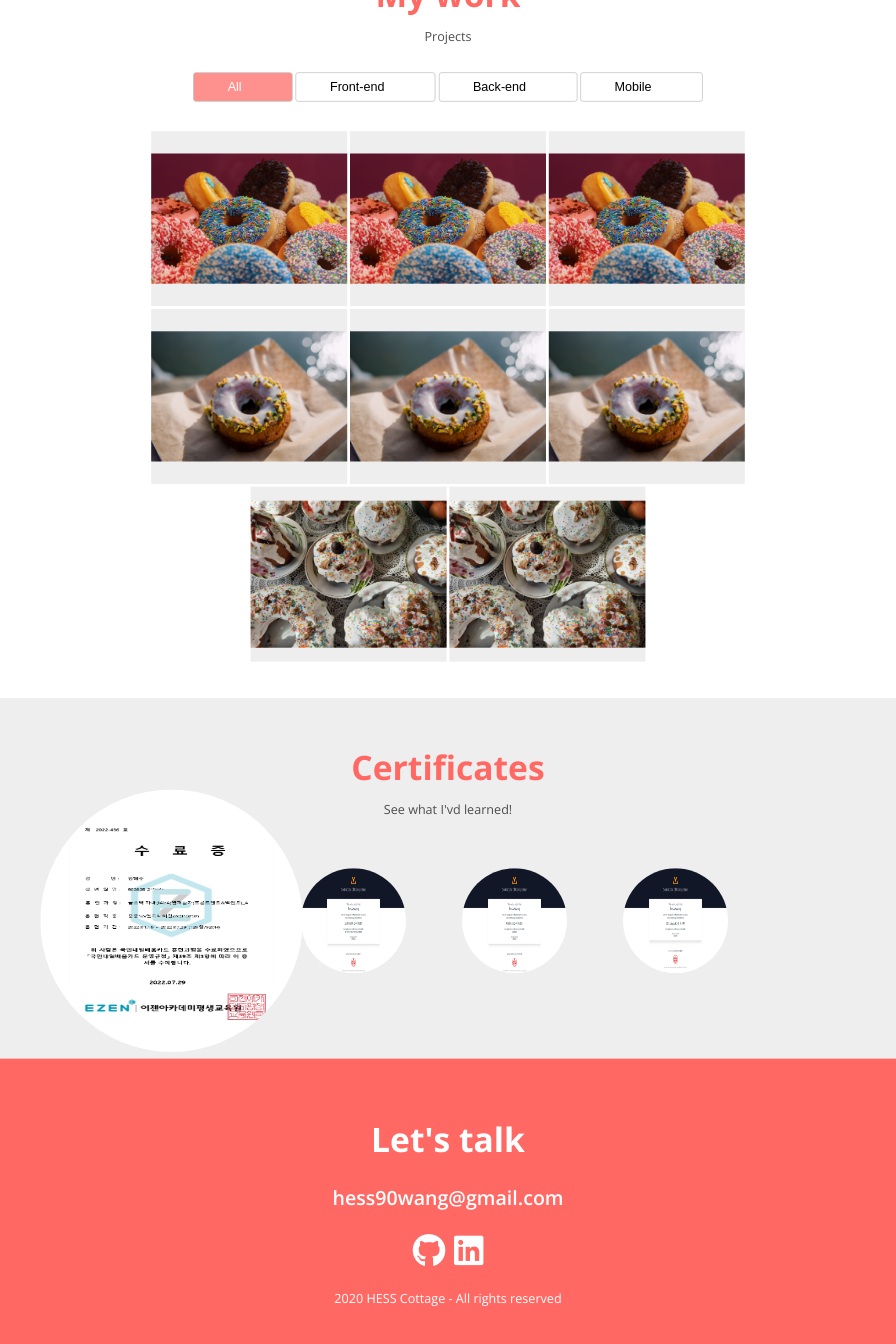
Repository: hesshess/Portfolio
Page: index.html
These files come from the project's save history. The page is drawn as it stood at one moment and after the next save; the edit follows.
The browser window is 1280 px wide. The pictures show the part of the page from y = 2416 to 4336 px (the page is 4336 px tall), at 70% of full size.
The pointer rests on the first visible `.testimonial`.
Some web libraries are served in a nearby version.

Above is the page before, as saved 2022-10-18 13:04:41.

### index.html
<!DOCTYPE html>
<html lang="en">
  <head>
    <meta charset="UTF-8" />
    <meta name="viewport" content="width=device-width, initial-scale=1.0" />
    <title>Hess's Portfolio</title>
    <meta
      name="description"
      content="Portfolio for world-renowed software engineer Hess"
    />
    <meta name="author" content="Hess" />
    <link rel="icon" type="image/png" href="imgs/favicon.png" />
    <script
      src="https://kit.fontawesome.com/1af2041847.js"
      crossorigin="anonymous"
    ></script>
    <link
      href="https://fonts.googleapis.com/css2?family=Amatic+SC:wght@400;700&family=Open+Sans:wght@400;600;700&display=swap"
      rel="stylesheet"
    />
    <link rel="stylesheet" href="style.css" />
    <script src="main.js" defer></script>
  </head>
  <body>
    <!-- Navbar -->
    <nav id="navbar">
      <div class="navbar__logo">
        <i class="fas fa-home"></i>
        <a href="#">Hess</a>
      </div>
      <div class="navbar__menu">
        <ul class="navbar__menu">
          <li class="navbar__menu__item active" data-link="#home">Home</li>
          <li class="navbar__menu__item" data-link="#about">About</li>
          <li class="navbar__menu__item" data-link="#skills">Skills</li>
          <li class="navbar__menu__item" data-link="#work">My Work</li>
          <li class="navbar__menu__item" data-link="#testimonials">
            Testimonial
          </li>
          <li class="navbar__menu__item" data-link="#contact">Contact</li>
        </ul>
      </div>
      <!-- Toggle button -->
      <button class="navbar__toggle-btn">
        <i class="fas fa-bars"></i>
      </button>
    </nav>
    <!-- Home -->
    <section id="home">
      <div class="home__container">
        <img
          src="imgs/profile.JPG"
          alt="Hess's profile Photo"
          class="home__avatar"
        />

        <h1 class="home__title">Hello, <br />I'm Hess</h1>
        <h2 class="home__description">
          A Softerware Engineer currently residing in Newry, Northern Ireland.
        </h2>
        <button class="home__contact" data-link="#contact">Contact Me</button>
      </div>
    </section>

    <!-- About -->

    <section id="about" class="section section__container">
      <h1>About me</h1>
      <p>Enthusiasic Fast Learner who's also interested in Back-end</p>
      <div class="about__majors">
        <div class="major">
          <div class="major__icon">
            <i class="fab fa-html5"></i>
          </div>
          <h2 class="major__title">Front-end</h2>
          <div class="major__description">
            HTML, CSS, JavaScript, TypeScript,<br />React,Vue, Web APIs
          </div>
        </div>
        <div class="major">
          <div class="major__icon">
            <i class="fas fa-mobile-alt"></i>
          </div>
          <h2 class="major__title">Mobile</h2>
          <div class="major__description">
            Android, iOS, React Native, Flutter,<br />Java, Swift, Kotlin
          </div>
        </div>
        <div class="major">
          <div class="major__icon">
            <i class="fas fa-server"></i>
          </div>
          <h2 class="major__title">Back-end</h2>
          <div class="major__description">
            Java, JavaScript, Go, NodeJS,<br />Rest APIs, GraphGL
          </div>
        </div>
      </div>
      <div class="about__jobs">
        <div class="job">
          <img
            src="imgs/jobs/city.png"
            alt="City Cuty Free"
            class="job__logo"
          />
          <div class="job__description">
            <p class="job__name">
              As a chasier, I worked at the Incheon International Airport.
            </p>
            <p class="job__period">2018 OCT - 2019 OCT</p>
          </div>
        </div>
        <div class="job">
          <img
            src="imgs/jobs/scenic.jpeg"
            alt="Scenic Hotel"
            class="job__logo"
          />
          <div class="job__description">
            <p class="job__name">
              As a housekeeper, I worked at the Scenic Hotel in New Zealand.
            </p>
            <p class="job__period">2017 NOV - 2018 MAY</p>
          </div>
        </div>
        <div class="job">
          <img
            src="imgs/jobs/bik.png"
            alt="BIK Kindergarten"
            class="job__logo"
          />
          <div class="job__description">
            <p class="job__name">
              As an asistance teacher, I helped out the children.
            </p>
            <p class="job__period">2016 SEP - 2017 June</p>
          </div>
        </div>
      </div>
    </section>

    <!-- Skills -->
    <section id="skills" class="section">
      <div class="section__container">
        <h1>Skills</h1>
        <h2>Skills & Attributes</h2>
        <p>
          Experience with all phases of the software life-cycle. Passion for
          learning new technologies. Capable of working within a team
          environment and independently. Ability to plan and time schedule, work
          under strict time pressure and adapt quickly when needed.
        </p>
        <div class="skillset">
          <div class="skillset__left">
            <h3 class="skillset__title">Skills</h3>
            <div class="skill">
              <div class="skill__description">
                <span>HTML</span>
                <span>99%</span>
              </div>
              <div class="skill__bar">
                <div class="skill__value" style="width: 99%"></div>
              </div>
            </div>
            <div class="skill">
              <div class="skill__description">
                <span>CSS</span>
                <span>89%</span>
              </div>
              <div class="skill__bar">
                <div class="skill__value" style="width: 89%"></div>
              </div>
            </div>
            <div class="skill">
              <div class="skill__description">
                <span>JavaScript</span>
                <span>79%</span>
              </div>
              <div class="skill__bar">
                <div class="skill__value" style="width: 79%"></div>
              </div>
            </div>
            <div class="skill">
              <div class="skill__description">
                <span>TypeScript</span>
                <span>69%</span>
              </div>
              <div class="skill__bar">
                <div class="skill__value" style="width: 69%"></div>
              </div>
            </div>
            <div class="skill">
              <div class="skill__description">
                <span>React</span>
                <span>59%</span>
              </div>
              <div class="skill__bar">
                <div class="skill__value" style="width: 59%"></div>
              </div>
            </div>
            <div class="skill">
              <div class="skill__description">
                <span>NodeJS</span>
                <span>49%</span>
              </div>
              <div class="skill__bar">
                <div class="skill__value" style="width: 49%"></div>
              </div>
            </div>
          </div>
          <div class="skillset__right">
            <div class="tools">
              <h3 class="skillset__title">Tools</h3>
              <ul class="tools__list">
                <li><span>Visual Studio Code</span></li>
                <li><span>Adobe Premiere Pro</span></li>
                <li><span>Apple Logic</span></li>
                <li><span>Apple Finalcut Pro</span></li>
                <li><span>Cinema 4d</span></li>
              </ul>
            </div>
            <div class="etc">
              <h3 class="skillset__title">Etc</h3>
              <ul class="etc__list">
                <li><span>Git</span></li>
                <li><span>Sing</span></li>
                <li><span>Dance</span></li>
              </ul>
            </div>
          </div>
        </div>
      </div>
    </section>
    <!-- Work -->
    <section id="work" class="section">
      <div class="section__container">
        <h1>My work</h1>
        <h3>Projects</h3>
        <div class="work__categories">
          <button class="category__btn active" data-filter="*">
            All<span class="category__count">8</span>
          </button>
          <button class="category__btn" data-filter="front-end">
            Front-end<span class="category__count">3</span>
          </button>
          <button class="category__btn" data-filter="back-end">
            Back-end<span class="category__count">3</span>
          </button>
          <button class="category__btn" data-filter="mobile">
            Mobile<span class="category__count">2</span>
          </button>
        </div>

        <div class="work__projects">
          <a
            href="깃허브링크"
            class="project"
            target="blank"
            data-type="front-end"
          >
            <img src="imgs/projects/1.jpg" alt="Youtube" class="project__img" />
            <div class="project__description">
              <h3>Youtube Site</h3>
              <span>Clone coding with HTML and CSS</span>
            </div>
          </a>
          <a
            href="깃허브링크"
            class="project"
            target="blank"
            data-type="front-end"
          >
            <img src="imgs/projects/1.jpg" alt="Youtube" class="project__img" />
            <div class="project__description">
              <h3>Youtube Site</h3>
              <span>Clone coding with HTML and CSS</span>
            </div>
          </a>
          <a
            href="깃허브링크"
            class="project"
            target="blank"
            data-type="front-end"
          >
            <img src="imgs/projects/1.jpg" alt="Youtube" class="project__img" />
            <div class="project__description">
              <h3>Youtube Site</h3>
              <span>Clone coding with HTML and CSS</span>
            </div>
          </a>
          <a
            href="깃허브링크"
            class="project"
            target="blank"
            data-type="back-end"
          >
            <img src="imgs/projects/2.jpg" alt="Youtube" class="project__img" />
            <div class="project__description">
              <h3>Youtube Site</h3>
              <span>Clone coding with HTML and CSS</span>
            </div>
          </a>
          <a
            href="깃허브링크"
            class="project"
            target="blank"
            data-type="back-end"
          >
            <img src="imgs/projects/2.jpg" alt="Youtube" class="project__img" />
            <div class="project__description">
              <h3>Youtube Site</h3>
              <span>Clone coding with HTML and CSS</span>
            </div>
          </a>
          <a
            href="깃허브링크"
            class="project"
            target="blank"
            data-type="back-end"
          >
            <img src="imgs/projects/2.jpg" alt="Youtube" class="project__img" />
            <div class="project__description">
              <h3>Youtube Site</h3>
              <span>Clone coding with HTML and CSS</span>
            </div>
          </a>
          <a
            href="깃허브링크"
            class="project"
            target="blank"
            data-type="mobile"
          >
            <img src="imgs/projects/3.jpg" alt="Youtube" class="project__img" />
            <div class="project__description">
              <h3>Youtube Site</h3>
              <span>Clone coding with HTML and CSS</span>
            </div>
          </a>
          <a
            href="깃허브링크"
            class="project"
            target="blank"
            data-type="mobile"
          >
            <img src="imgs/projects/3.jpg" alt="Youtube" class="project__img" />
            <div class="project__description">
              <h3>Youtube Site</h3>
              <span>Clone coding with HTML and CSS</span>
            </div>
          </a>
        </div>
      </div>
    </section>
    <!-- Testimonials -->
    <section id="testimonials" class="section">
      <div class="section__container">
        <h1>Certificates</h1>
        <h3>See what I'vd learned!</h3>
        <div class="testimonials">
          <div class="testimonial">
            <img
              src="imgs/testimonial/certificate1.jpg
            "
              class="testimonial__avatar"
            />
          </div>

          <div class="testimonial">
            <img
              src="imgs/testimonial/nomad1.jpg"
              class="testimonial__avatar"
            />
          </div>
          <div class="testimonial">
            <img
              src="imgs/testimonial/nomad2.jpg"
              class="testimonial__avatar"
            />
          </div>
          <div class="testimonial">
            <img
              src="imgs/testimonial/nomad3.jpg"
              class="testimonial__avatar"
            />
          </div>
        </div>
      </div>
    </section>
    <!-- Contact -->
    <section id="contact" class="section">
      <h1 class="contact__title">Let's talk</h1>
      <h2>
        <a href="mailto:hess90wang@gmail.com" class="contact__email"
          >hess90wang@gmail.com</a
        >
      </h2>
      <div class="contact__links">
        <a href="https://github.com/hesshess" target="_blank">
          <i class="fab fa-github"></i>
        </a>
        <a
          href="https://www.linkedin.com/in/hess-wang-294197254/"
          target="_blank"
        >
          <i class="fa fa-linkedin-square"></i
        ></a>
      </div>
      <p class="contact__rights">2020 HESS Cottage - All rights reserved</p>
    </section>

    <!-- Arrow up -->
    <button class="arrow-up">
      <i class="fas fa-arrow-up"></i>
    </button>
  </body>
</html>

### style.css
/* Global */
:root {
  /* Color */

  --color-white: #ffffff;

  --color-light-white: #eeeeee;

  --color-dark-white: #bdbdbd;

  --color-pink: #fe918d;

  --color-dark-pink: #ff6863;

  --color-dark-grey: #4d4d4d;

  --color-grey: #616161;

  --color-light-grey: #7c7979;

  --color-blue: #73aace;

  --color-yellow: #fff7d1;

  --color-orange: #feb546;

  --color-black: #000000;

  /* Font size */

  --font-large: 48px;

  --font-medium: 28px;

  --font-regular: 18px;

  --font-small: 16px;

  --font-micro: 14px;

  /* Font weight */

  --weight-bold: 700;

  --weight-semi-bold: 600;

  --weight-regular: 400;

  /* Size */
  --size-border-radius: 4px;

  /* Animation */
  --animation-duration: 300ms;
}

/* Universal tags */
* {
  box-sizing: border-box;
}

body {
  margin: 0;
  font-family: "Open Sans", sans-serif;
  cursor: default;
}

a {
  text-decoration: none;
  color: var(--color-white);
}
ul {
  list-style: none;
  padding-left: 0;
}
li {
  list-style: none;
}

button {
  background-color: transparent;
  cursor: pointer;
  border: none;
  outline: none;
}

/* Typography */
h1 {
  font-size: var(--font-large);
  font-weight: var(--weight-bold);
  color: var(--color-dark-pink);
  margin: 16px 0;
}

h2 {
  font-size: var(--font-medium);
  font-weight: var(--weight-semi-bold);
  color: var(--color-dark-grey);
  margin: 8px 0;
}

h3 {
  font-size: var(--font-regular);
  font-weight: var(--weight-regular);
  color: var(--color-dark-grey);
  margin: 8px 0;
}

p {
  font-size: var(--font-regular);
  font-weight: var(--weight-regular);
  color: var(--color-light-grey);
  margin: 4px 0;
}

/* Navbar */
#navbar {
  position: fixed;
  width:100%;
  display: flex;
  justify-content: space-between;
  background-color: transparent;
  align-items: center;
  color: var(--color-dark-white);
  padding: 10px;
  transition: all var(--animation-duration) ease-in-out;
  z-index:1;
}
#navbar.navbar--dark{
  background-color: var(--color-pink);
  color:var(--color-white);
  padding: 5px;

}
.navbar__menu {
  display: flex;
  margin: 4px 0;
}

.navbar__logo {
  font-size: var(--font-medium);
  font-weight: var(--weight-semi-bold);
  padding-left: 10px;
}
.navbar__menu__item {
  padding: 4px 6px;
  margin: 0 4px;
  cursor: pointer;
  border-radius: var(--size-border-radius);
}

.navbar__menu__item.active {
  border: 1.5px solid var(--color-pink);
}

.navbar__menu__item:hover {
  background-color: var(--color-dark-pink);
  border-radius: var(--size-border-radius);
}

.navbar__toggle-btn{
  position: absolute;
  top:10px;
  right:16px;
  font-size: 24px;
  color:var(--color-white);
  display:none;

}

/* Home */
#home {
  background: url("imgs/home-background.png") center/cover no-repeat;
  padding: 40px;
  padding-top:120px;
  text-align: center;
}

.home__avatar {
  width: 250px;
  height: 250px;
  border-radius: 50%;
  border: 3px solid var(--color-pink);
}

.home__title,
.home__description {
  color: var(--color-light-grey);
}
.home__contact {
  color: var(--color-grey);
  font-size: var(--font-regular);
  font-weight: var(--weight-bold);
  margin: 24px;
  padding: 8px 12px;
  border: 2px solid var(--color-light-grey);
  border-radius: var(--size-border-radius);
}

/* Section Common*/
.section {
  text-align: center;
  padding: 50px;
  margin: auto;
}

.section__container {
  max-width: 1000px;
  margin: auto;
}

/* About */
.about__majors {
  display: flex;
  justify-content: space-between;
  margin: 80px 0;
}


.major__icon {
  width: 170px;
  height: 170px;
  font-size: 70px;
  line-height: 170px;
  color: var(--color-dark-pink);
  margin: auto;
  border: 1px solid var(--color-dark-pink);
  border-radius: 50%;
  margin-bottom: 16px;
}

.major__icon i {
  transition: all var(--animation-duration) ease;
}

.major__icon:hover i {
  color: var(--color-pink);
  transform: rotate(30deg) scale(1.2);
}

.major__title,
.major__description {
  color: var(--color-dark-grey);
}

.major__description {
  font-size: var(--font-small);
}

.job {
  display: flex;
  align-items: center;
}

.job__description {
  margin: 0 16px;
  text-align: left;
}

.job__name,
.job__period {
  color: var(--color-light-grey);
}

.job__name {
  font-size: var(--font-small);
}

.job__period {
  font-size: var(--font-micro);
}

.job__logo {
  width: 80px;
  height: 80px;
  border-radius: 50%;
  margin-right: 20px;
}

/* Skill */
#skills {
  background-color: var(--color-yellow);
}

.skillset {
display: flex;
background-color:var(--color-light-grey);
color:var(--color-light-white);
margin:20px 0;
}

.skillset__title{
    color:var(--color-white);

}

.skillset__left{
flex-basis: 60%;
background-color:var(--color-dark-grey);
padding: 20px 40px;
}

.skill{
  margin-bottom: :32px;
}

.skill__description{
    display:flex;
    justify-content: space-between;

}

.skill__bar{
  width: 100%;
  height:3px;
  background-color: var(--color-grey);

}
.skill__value{
  height:3px;
  background-color: var(--color-orange);
}

.skillset__right{
flex-basis: 40%;
}

.tools {
    background-color: var(--color-grey);
}

.tools, .etx{
  padding: 20px;
}

/* Work */


.work__categories {
  margin:40px;
}
.category__btn{
  border: 1px solid var(--color-dark-white);
  border-radius:  var(--size-border-radius);
  font-size:var(--font-regular);
  padding: 8px 48px;
}

.category__btn.active, .category__btn:hover{
  background-color: var(--color-pink);
  color: var(--color-white);
}

.category__btn .active .category__count,.category__btn:hover .category__count {
  opacity: 1;
  top: 0;
}



.category__count{
  background-color: var(--color-orange);
  border-radius: 50%;
  color:var(--color-white);
  width:24px;
  height:24px;
  display: inline-block;
  line-height: 24px ;
  position:relative;
  top: -20px;
  left:4px;
  opacity:0;
  transition: all var(--animation-duration) ease-in;

}

 .work__projects{
   display:flex;
   flex-wrap:wrap;
   justify-content: center;
   opacity:1;
   transition: all var(--animation-duration) ease-out;

 }
 .work__projects.anim-out{
   opacity:0;
   transform: scale(0.96) translateY(40px);
 }

 .project {
   position: relative;
   display:flex;
   justify-content: center;
   align-items: center;
   width:280px;
   height:250px;
   margin:2px;
   background-color: var(--color-light-white);

 }
 .project.invisible{
   display:none;
 }

 .project__img{
   max-width:100%;
   max-height:100%;
 }

 .project__description{
   position: absolute;

   background-color: black;
   display: flex;
   flex-direction: column;
   justify-content: center;
   width:100%;
   height:100%;
   top:0;
   left:0;
   opacity:0;
   transform:translateY(10px);
   transition: all var(--animation-duration) ease-in;

 }
 .project:hover .project__description{
opacity:0.8;
transform:translateY(0px);
 }

 .project__description h3{
   color:var(--color-white);

 }

 .project__description h3:after{
   display: block;
   content:'';
   position: relative;
   left:50%;
   width:25px;
   height:2px;
   margin-left: -12px;
   margin-top: 8px;
   background-color: var(--color-dark-white);
 }


/* testimonial */
#testimonials{
  background-color: var(--color-light-white);

}

.testimonials {
  margin: 40px;
  display: flex;
  justify-content: space-around;
}

.testimonial{
  display: flex;
margin:32px 0;
transition: all var(--animation-duration) ease-in;
}
.testimonial:hover{
  transform: scale(2.5);
}

.testimonial__avatar{
  width:150px;
  height:150px;
  border-radius: 50%;

}
.testimonial__avatar:nth-child(odd){
  margin-right:40px;
}
.testimonial__avatar:nth-child(even){
  margin-left:40px;
}

.testimonial__speech-bubble{
  padding:18px;
  background-color: var(--color-white);
  border-radius: var(--size-border-radius);
}

.testimonial__speech-bubble p {
  color: var(--color-light-grey);

}

.testimonial__speech-bubble a{
  color: var(--color-pink);
}

/* Contact */

#contact{
  background-color: var(--color-dark-pink);


}
.contact__title, .contact__email, .contact__rights{
  color: var(--color-white);
}

.contact__title{
  margin: 32px 0;

}

.contact__links{
  font-size: var(--font-large);
  margin: 24px 0px;
  transition: all var(--animation-duration) ease-in;

}

.contact__links i:hover {
  transform: scale(1.3);
  color:var(--color-orange);

}


/* Scroll */
.arrow-up{
  position:fixed;
  bottom: 50px;
  right:50px;
  width:70px;
  height:70px;
  font-size: 50px;
  background-color: var(--color-pink);
  color: var(--color-white);
  border-radius: 50%;
  opacity:0;
  pointer-events: none ;
  transition: all var(--animation-duration) ease-in
}

.arrow-up.visible {
  opacity:1;
  pointer-events: auto;
}


/* For below 768px screen width */

@media screen and (max-width:768px){
.navbar__toggle-btn{
  display:block;

}
#navbar{
  font-display: column;
align align-items:flex-start;
}
.navbar__menu{
  flex-direction: column;
  text-align: center;
  width:100%;
  display:none;

}

.about__majors{
  flex-direction: column;

}
.major{
margin-bottom: 38px;

}

.skillset {
  flex-direction: column;

}

.project{
  flex-grow: 1;
}

.testimonial__avatar{
  width:80px;
  height:80px;
}



}

Loaded but not shown: main.js (81 lines, source omitted)

After the next save:
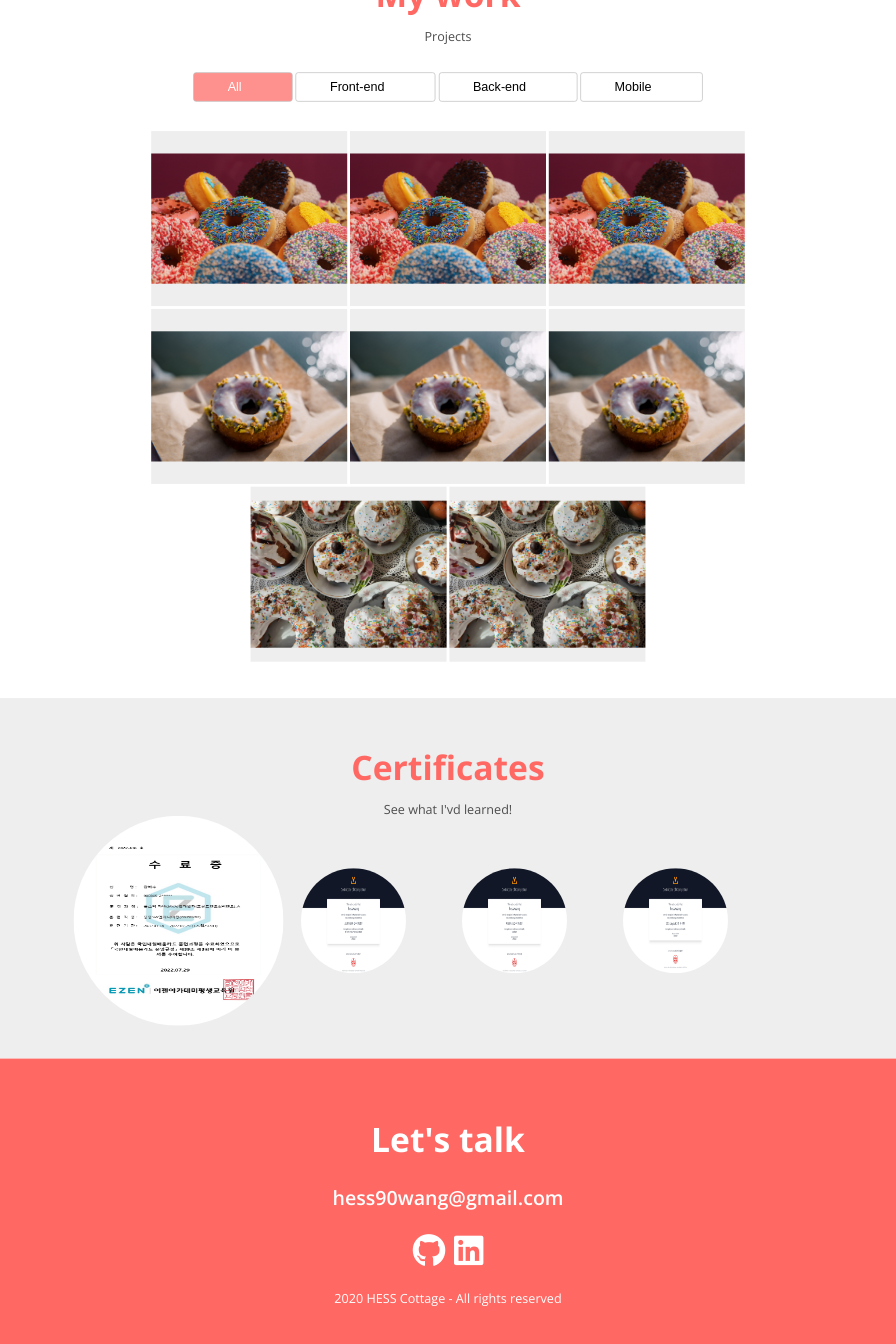
Saved 27 s later.
--- a/style.css
+++ b/style.css
@@ -463,7 +463,7 @@
 transition: all var(--animation-duration) ease-in;
 }
 .testimonial:hover{
-  transform: scale(2.5);
+  transform: scale(2.0);
 }
 
 .testimonial__avatar{
